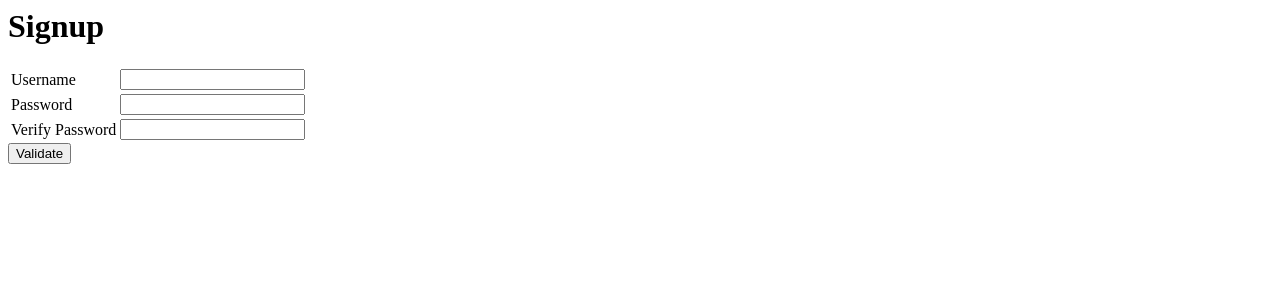
Repository: jwilliams32/blogz
Page: http://localhost/signup
The author's editor kept a copy of each file at every save. The page is drawn from the files as they stood at one save, then again after the next save.
The browser window is 1280 px wide. The pictures show the whole page.
The page is served by the project's application, run on Flask 3 (main.py). The session is filled in as if someone had signed in: {"username": "testuser"}.

Above is the page before, as saved 2017-10-24 19:24:33.

### templates/signup.html

<head>
    <style>
        .error {
            color: red;
        }
    </style>
</head>
<body>
<h1>Signup</h1>
    <form action= "/sign_up", method="post">
        <table>
            <tbody><tr>
                <td><label for="username">Username</label></td>
                <td>
                    <input name="username" value='{{username}}' type="text" />
                    <span class="error">{{username_error}}</span>
                </td>
            </tr>
            <tr>
                <td><label for="password">Password</label></td>
                <td>
                    <input name="password" type= "password" value= '{{password}}' />
                    <span class="error">{{password_error}}</span>
                </td>
            </tr>
            <tr>
                <td><label for="verify">Verify Password</label></td>
                <td>
                    <input name="verify" type= "password" value = '{{verify}}' />
                    <span class="error">{{verify_error}}</span>
                </td>
            </tr>
        </tbody></table>
        <input type="submit" value="Validate" />
    </form>

</body>

### main.py
from flask import Flask, request, redirect, render_template, session
from flask_sqlalchemy import SQLAlchemy

app = Flask(__name__)
app.config['DEBUG'] = True
app.config['SQLALCHEMY_DATABASE_URI'] = 'mysql+pymysql://blogz:blogz@localhost:8889/blogz'#mysql connection,how we will connect,user,user password,host,port#,database you want to connect to
app.config['SQLALCHEMY_ECHO'] = True
db = SQLAlchemy(app)#database object is now db
app.secret_key = 'ljksj3oi2hefjvsl'


class Blog(db.Model):#db has an object in it called Model

    id = db.Column(db.Integer, primary_key=True)#db type,type of key)#every class created to be stored in db will have an id
    title = db.Column(db.String(120))#max len))#tasks now stored in name instead of list
    body = db.Column(db.String(120))
    completed = db.Column(db.Boolean, default=False)

    def __init__(self, title, body):
        self.title = title
        self.body = body

class User(db.Model):
    id = db.Column(db.Integer, primary_key=True)
    username = db.Column(db.String(120))
    password = db.Column(db.String(120))
    owner_id = db.Column(db.Integer, db.ForeignKey('user.id'))

    def __init__(self,username,owner):
        self.username = username
        self.owner = owner

#@app.before_request#run this function before you run the request
#def require_login(): #not a request handler, will run for every request to check and see if user has logged in
#    allowed_routes = ['login',  'signup']#routes user don't have to login to see

#    if request.endpoint not in allowed_routes and 'username' not in session:#not logged in yet,endpoint is the end route
#        return redirect('/login')
@app.route('/')
def index():
    return redirect('/blog')

@app.route('/login', methods=['POST','GET'])
def login ():
    username_error = ''
    password_error=''
    if request.method == 'POST':
        username = request.form['username']
        password = request.form['password']
        user = User.query.filter_by(username=username).first()
        if user and user.password == password:
            session['username'] = username
#            return redirect('/')
#        else:
#            if user.password != password:
#                password_error = "Incorrect Password"

#            if user != user:
#                user_error = "Incorrect Users"
    return render_template('login.html')



@app.route('/signup', methods=['POST','GET'])
def signup():
    username_error = ''
    password_error = ''
    verify_error = ''

    username_boolean = True
    password_boolean = True
    verify_boolean = True


    if request.method == 'POST':
        username = request.form['username']
        password = request.form['password']
        verify = request.form['verify']

        existing_user = User.query.filter_by(username=username).first()

        if ' ' in username or len(username) < 3 or len(username) > 20:
            username_error = 'Invalid Username 3-20 Characters'
            username = ''
            username_boolean = False

        if ' ' in password or len(password) <3 or len(password) > 20:
            password_error = 'Password 3-20 Length'
            password = ''
            password_boolean = False

        if verify != password :
            verify_error = 'Passwords must match'
            verify = ''
            verify_boolean = False

        if username_boolean and password_boolean and verify_boolean:

            if not existing_user:
                new_user = User(username, password)
                db.session.add(new_user)
                db.session.commit()
                session['username'] = username
    return render_template('signup.html')
        #else:
    #return render_template('signup.html', username=username, username_boolean=username_boolean,verify_boolean=verify_boolean,
     #       password=password,username_error=username_error, verify=verify)



@app.route('/logout', methods=['POST'])
def logout():
    return redirect('/blog')

@app.route('/blog', methods=['POST', 'GET'])
def blog():
    if request.method == 'GET':
        blog_id = request.args.get('id')

        if blog_id:

            blogs = Blog.query.get(blog_id)
            #return redirect('/blogpost?id={0}'.format(blog.id))
            return render_template('blogpost.html', title="Blog Post!", blog= Blog.query.get(blog_id))

        else:
            blogs = Blog.query.all()
            return render_template('main.html', title="Blog Post!",
            blogs=blogs)

    else:#if incoming request is a post, todo submit
        title = request.form['title']#grab data and create new blog
        body = request.form['body']
        new_post = Blog(title, body)#creates new task object
        db.session.add(new_post)#input in to the data base
        db.session.commit()#commits change to database

        blogs = Blog.query.all()
        return render_template('main.html', title="Blog Post!",
       blogs=blogs)#Pass the post into the template


@app.route('/newpost', methods=['POST', 'GET'])
def newpost():
    owner = User.query.filter_by(email=session['username']).first()

    title_error=""
    body_error=""

    if request.method == 'POST':#if incoming request is a post, todo submit
        title = request.form['title']#grab data and create new blog
        body = request.form['body']
        new_post = Blog(title, body)#creates new task object

        if title =="":
            title_error = "Please enter title"
        if body =="":
            body_error = "Please enter content"

        if not title_error and not body_error:
            db.session.add(new_post)#input in to the data base
            db.session.commit()
            id=new_post.id
            print(id)
            return redirect("/blog?id="+str(id))
        else:
            return render_template('post.html', title_error=title_error,body_error=body_error, title=title, body=body)
    else:
        return render_template('post.html', title="New Blog Post")

#request.args.get()

#    return render_template('todos.html')

if __name__ == '__main__':#only start when using main.py from terminal
    app.run()

### templates/base.html
<!doctype html>
<html>
    <style>
        .error{
            color:red
        }
    </style>
    <head>
        <title>{{title}}</title>
    </head>
<body>

        <div>
            <a href='/blog'>All Blogs</a>
        </div>
        <div>
            <a href='/newpost'>Add Blog</a>
        </div>
        <div>
            <a href='/signup'>Sign Up</a>
        </div>
        <div>
            <a href='/login'>Login</a>
        </div>
    {% block content %}
    {% endblock %}

</body>
</html>

After the next save:
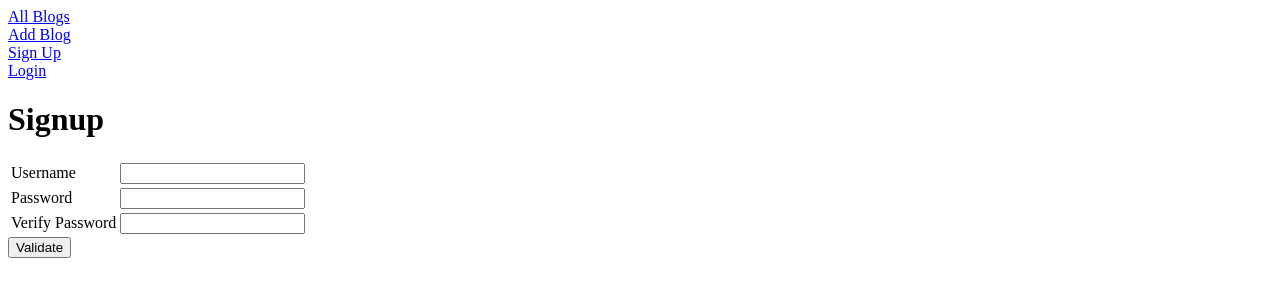
Saved 2 min 56 s later.
--- a/templates/signup.html
+++ b/templates/signup.html
@@ -1,4 +1,6 @@
+{% extends "base.html" %}
 
+{% block content %}
 <head>
     <style>
         .error {
@@ -36,3 +38,4 @@
     </form>
 
 </body>
+{%endblock%}
